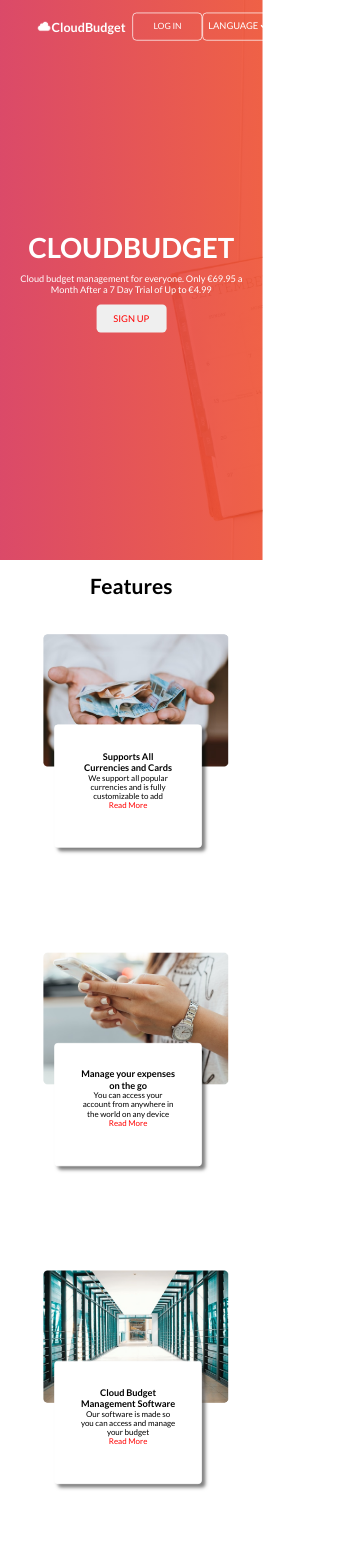
Repository: havvanurrana/website3
Page: index.html
These files come from the project's save history. The page is drawn as it stood at one moment and after the next save; the edit follows.
The browser window is 375 px wide. The page is 489 px wide, then 386 px, so the pictures cover 489 px, including what lies to the right of the window. The pictures show the part of the page from y = 0 to 2240 px (the page is 3036 px tall), at 70% of full size.

Above is the page before, as saved 2024-08-17 14:16:53.

### index.html
<!DOCTYPE html>
<html lang="tr">
  <head>
    <meta charset="UTF-8" />
    <meta name="viewport" content="width=device-width, initial-scale=1.0" />
    <title>CloudBudget</title>
    <link rel="stylesheet" href="style.css" />
    <link
      rel="stylesheet"
      href="https://cdnjs.cloudflare.com/ajax/libs/font-awesome/6.5.2/css/all.min.css"
      integrity="sha512-SnH5WK+bZxgPHs44uWIX+LLJAJ9/2PkPKZ5QiAj6Ta86w+fsb2TkcmfRyVX3pBnMFcV7oQPJkl9QevSCWr3W6A=="
      crossorigin="anonymous"
      referrerpolicy="no-referrer"
    />
    <link
      href="https://fonts.googleapis.com/css2?family=Lato:wght@400;700&display=swap"
      rel="stylesheet"
    />
  </head>
  <body>
    <section class="overview-section">
        <div class="linear-gradient"></div>
        <div class="content">
            <h3>CLOUDBUDGET</h3>
            <p>
                Cloud budget management for everyone. Only €69.95 a Month After a 7
                Day Trial of Up to €4.99
            </p>
            <button>SIGN UP</button>
        </div>
    </section>
    <header class="header-menu">
        <div class="markaamblem">
            <img src="assets/cloud.png" />
            <h3>CloudBudget</h3>
        </div>
        <nav class="navbar">
            <a href="#" class="navbarsect">Overview</a>
            <a href="#" class="navbarsect">Features</a>
            <a href="#" class="navbarsect">Technology</a>
            <a href="#" class="navbarsect">Contact</a>
            <a href="#" class="navbarsect">Sign Up</a>
        </nav>
        <div class="buttons">
            <button>LOG IN</button>
            <button>
                <select id="Language " name="Language">
                    <option value="">LANGUAGE</option>
                    <option value="uk">UK</option>
                    <option value="turk">Turkish</option>
                    <option value="sp">Spanish</option>
                    <option value="fr">French</option>
                </select>
            </button>
            <div id="menu" class="toggle-menu">
                <input type="checkbox" id="switch">
                <button>
                    <label for="switch" class="fas fa-bars"></label>
                </button>

            </div>
        </div>
    </header>

    <!--features kısmı -->
    <div class="featureshead">
        <h1>Features</h1>
    </div>
    <div class="features">
        <div class="featuressection">
            <div class="img">
                <img src="../assets/money.png" />
            </div>
            <div class="featurescard">
                <div>
                    <h1>Supports All Currencies and Cards</h1>
                </div>
                <div>
                    <p>
                        We support all popular currencies and is fully customizable to add
                    </p>
                </div>
                <button>Read More</button>
            </div>
      </div>
      <div class="featuressection">
          <div>
                <div class="img">
                    <img src="../assets/hand.png" />
                </div>
                <div class="featurescard">
                    <h1>Manage your expenses on the go</h1>
                        <p>
                          You can access your account from anywhere in the world on any
                          device
                        </p>
                    <button>Read More</button>
                </div>
            </div>
      </div>
          <div class="featuressection">
              <div>
                    <div class="img">
                        <img src="../assets/building.png" />
                    </div>
                    <div class="featurescard">
                          <h1>Cloud Budget Management Software</h1>
                          <p>Our software is made so you can access and manage your budget</p>
                          <button>Read More</button>
                    </div>
              </div>
          </div>
    </div>
    <!--contact kısmı-->
    <section >
        <div class="contact">
        <div class="contact-text">
            <h1>Contact</h1>
            <br><br>
            <p>
              Questions or concerns? Just fill out the form below and our support
              team will get back to you within 24 hours
            </p>
        </div>
        <div class="input">
            <input
            type="text"
            id="username"
            name="username"
            placeholder="First Name"
            />
            <input
            type="text"
            id="username"
            name="username"
            placeholder="Last Name"
            />
            <input
            type="text"
            id="username"
            name="username"
            placeholder="Phone Number"
            />

            <select id="service" name="service">
            <option value="">Select a service</option>
            <option value="service1">Service 1</option>
            <option value="service2">Service 2</option>
            <option value="service3">Service 3</option>
            <option value="service4">Service 4</option>
            </select>
            <br><br>
            <button>Submit now</button>
        </div>
    </div>
    </section>
    <script>
            document.getElementById('menu').addEventListener('click', function() {
            const navbar = document.querySelector('.header-menu .navbar');
            navbar.classList.toggle('active');
        });
    </script>
  </body>
</html>

### style.css

/* genel*/

*{
   margin:0;
   padding: 0;
   box-sizing: border-box;
   outline: none;
   border: none;
   text-decoration: none;
   font-family: Lato;
}

html {
    font-size: 62.5%;
    overflow-x: hidden;
    scroll-behavior: smooth;
    scroll-padding-top: 9rem ;
 }
h1{
   font-size: 30px;
}
 /* header menu ve  amblem ve ilk ekran cssleri*/
button{
   cursor: pointer;
}
.markaamblem{
   display: flex;
   justify-content:space-between;
   color: white;
   cursor: pointer;
}

.header-menu{
   width: 96%;
   display: flex;
   justify-content: space-between;
   align-items: center ;
   padding: 0 7%;
   margin: 2rem 7%;
   z-index: 3;
   top: 0;
   position:absolute;
}
.header-menu .markaamblem img{
   height: 3rem;
}
.header-menu .markaamblem h3{
   font-size: 20px ;
}
.header-menu .navbar a{
   margin: 0 2rem;
   font-size: 1.6rem;
   color: rgb(0, 0, 0);
   z-index: 2;
}
  .header-menu button{
   border: 1px , solid, rgb(255, 255, 255);
   border-radius: 6px;
   color:rgb(255, 255, 255);
   width: 100px;
   height: 40px;
   gap: 0px;
   background-color: transparent;
}
 .header-menu .buttons{
   padding-left: 10px;
   display: flex;
   justify-content: flex-end;
}
#menu{
   display: none;
}
.overview-section{
   min-height: 100vh;
   display: flex;
   text-align: center;
   align-items: center;
   justify-content: center;
   background:  url(../assets/image1.png)
   no-repeat;
   background-size: cover;
}

.overview-section .content {
   max-width: 60rem;
   margin: 0.5rem;
   z-index: 2;
}

.overview-section .content h3{
   font-size: 6rem;
   margin: 0.5rem;
   color: white;
}

.overview-section .content p{
   font-size: 1.7rem;
   margin: 1.5rem;
   color: white;
}

.overview-section .content button{
   border:1px;
   width: 100px;
   height: 40px;
   border-radius: 6px;
   color: red;
}

.linear-gradient{
   min-height: 100vh;
   width: 100%;
   display: flex;
   z-index: 1;
   background: linear-gradient(90deg, rgba(213, 32, 71, 0.8) 0%, rgba(238, 61, 27, 0.8) 100%);
   position: absolute;
}

.buttons select{
   background: none;
   color: white;
}

/* features kısmı*/

/* başlık*/

.featureshead{
   text-align: center;
   justify-content: center;
   margin: 1rem;
   padding: 1rem;
}

/* Kartlar*/

.features{
   display: grid;
   grid-template-columns: repeat(auto-fit, minmax(30rem, 1fr));
   margin:3rem;
   padding: 0 7%;
}
.featurescard{
   border-radius:0.6rem;
   border: 1px, solid, rgb(255, 255, 255);
   width: 30rem;
   height: 20rem;
   text-align: center;
   justify-content: center;
   align-items: center;
   padding: 4rem;
   margin: 3rem;
   background-color: white;
   transform: translate(-5%,-50%);
   box-shadow: 5px 5px 5px rgba(0, 0, 0,0.5);
}
.featuressection{
   justify-content: center;
   align-items: center;
   margin: 1rem;
   padding: 2.5rem;
}
.features img{
   width: 100%;
   object-fit: cover;
}
.featurescard h1{
   font-size: 2rem;
}
.featurescard p{
   font-size: 1.3rem;
}
.featurescard button{
   border: none;
   background-color: transparent;
   color: red;
}

/*Contact kısmı */

.contact{
   display: flex;
   flex-direction: row;
   margin: 2rem;
   justify-content: center;
}
.contact div{
   text-align: center;
   justify-content:center;
   align-items: center;
   padding: 0 8%;
   margin: 3rem;
}
.contact h1{
   font-size: 30px;
}
.contact p{
   font-size: 16px;
}
 .contact .contact-text{
   width: 30%;
   height: 40rem;
}
input{
   width: 255px;
   height: 60px;
   border: 1px, solid, black;
   border-color: rgb(0, 0, 0);
   border-radius: 6px;
   margin: 1rem;
}
.contact select{
   width: 255px;
   height: 60px;
   border: 1px, solid, black;
   border-color: rgb(0, 0, 0);
   border-radius: 6px;
   margin: 1rem;
}
.contact button{
   width: 100px;
   height: 40px;
   border-radius: 6px;
   color: white;
   background-color: rgb(254, 78, 78);
}
.contact .input{
   width: 40%;
   height: 40rem;
   align-items: center;
   justify-content: center;
   text-align: center;
}

input{
   width: 255px;
   height: 60px;
   border: 1px, solid, black;
   border-color: rgb(0, 0, 0);
   border-radius: 6px;
   margin: 1rem;
}
.contact select{
   width: 255px;
   height: 60px;
   border: 1px, solid, black;
   border-color: rgb(0, 0, 0);
   border-radius: 6px;
}
.contact button{
   width: 100px;
   height: 40px;
   border-radius: 6px;
   color: white;
   background-color: rgb(254, 78, 78);
}


/* Toggle menu ve responsive kısım */
@media (max-width: 1000px) {
   html {
       font-size: 55%;
   }
}

@media (max-width: 1100px) {

   /* header responsive*/
   #menu {
       display: inline-block;
   }

   .header-menu .navbar {
       display: none;
       flex-direction: column;
       position: absolute;
       top: 95%;
       left: 55%;
       background-color: white;
       height: calc(100vh - 9rem);
       width: 25rem;
       right: -100%;
       transition: right 0.3s ease;
       color: black;
       justify-content: center;
       box-shadow: 0px 0px 10px 2px rgba(56, 55, 55, 0.75);
   }

   .header-menu .navbar.active {
       display: flex;
       right: 0;
   }

   .header-menu .navbar a,
      .header-menu .navbar div {
         margin: 5rem ;
      }
   .toggle-menu button {
       background: none;
       border: none;
       color: rgb(255, 255, 255);
       font-size: 2rem;
   }
   #switch {
      display: none;
  }
/* contact responsive*/
   .contact {
      flex-direction: column;
      align-items: center;
   }
   .contact .contact-text,
   .contact .input {
      width: 80%;
      margin: 1rem 0;
   }

   /* features responsive*/
   .featureshead {
      margin: 1rem;
      padding: 1rem;
  }

  .features {
      padding: 0 2rem;
  }

  .featuressection {
      padding: 1rem;
  }

  .features img {
      width: 30rem;
  }
.featurescard{
   width: 24rem;
}
  .featurescard h1 {
      font-size: 1.5rem;
  }

  .featurescard p {
      font-size: 1.3rem;
  }

  .featurescard button {
      font-size: 1.3rem;
  }
}
@media (max-width: 700px) {
.header-menu .markaamblem h3{
   font-size: 18px;
}
.header-menu .markaamblem img{
   height: 2.4rem;

}
.overview-section .content h3{
 font-size: 4.5rem;
}
.overview-section .content p{
   font-size: 1.5rem;
  }
  .header-menu button{
   font-size: 1.4rem;
   width: 100px;
   height: 40px;
  }
}

@media (max-width: 450px) {
   .header-menu .markaamblem h3{
      font-size: 18px;
   }
   .header-menu .markaamblem img{
      height: 2.4rem;

   }
   .overview-section .content h3{
      font-size: 4.5rem;
   }
   .overview-section .content p{
      font-size: 1.5rem;
   }
   .header-menu button{
      font-size: 1.4rem;
      width: 100px;
      height: 40px;
   }
   #menu {
      display: inline-block;
   }
   .header-menu{
      width: %100;
      justify-content: space-between;
   }
   }

@media (max-width: 350px) {
   .header-menu .markaamblem h3{
      font-size: 22px;
   }
   .header-menu .markaamblem img{
      height: 2.4rem;
   }
   .overview-section .content h3{
      font-size: 20px;
     }
     .overview-section .content p{
      font-size: 1.2rem;
     }
     .header-menu button{
      font-size: 1.4rem;
      width: 50px;
      height: 20px;
     }
   }

After the next save:
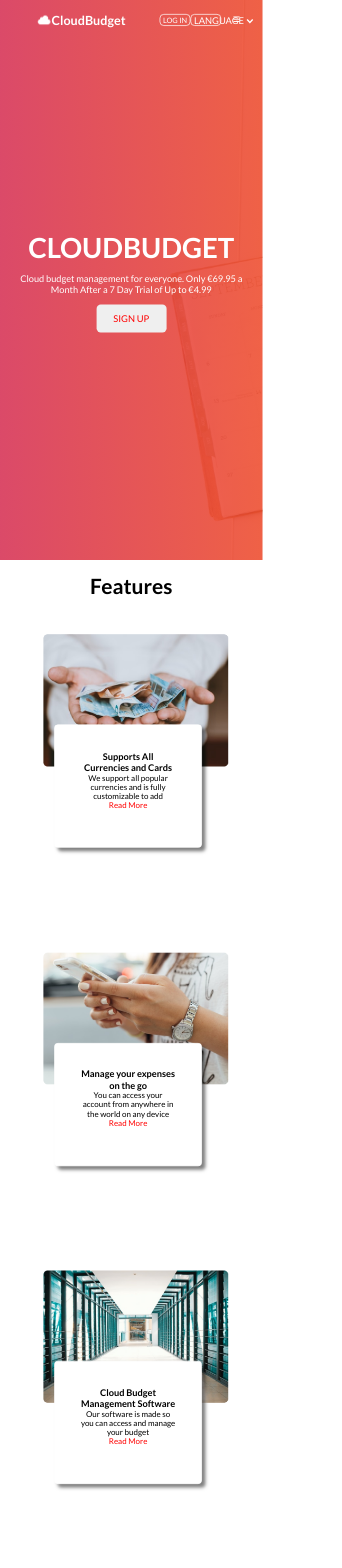
Saved 3 min 18 s later.
--- a/style.css
+++ b/style.css
@@ -384,9 +384,9 @@ input{
       font-size: 1.5rem;
    }
    .header-menu button{
-      font-size: 1.4rem;
-      width: 100px;
-      height: 40px;
+      font-size: 1.2rem;
+      width: 5rem;
+      height: 2rem;
    }
    #menu {
       display: inline-block;
